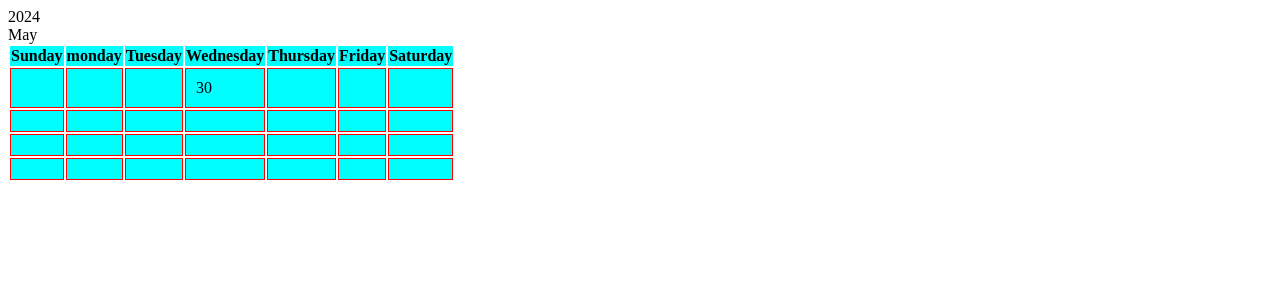
Repository: fateme81yosefi/calendar
Page: index.html
The author's editor kept a copy of each file at every save. The page is drawn from the files as they stood at one save, then again after a run of saves.
The browser window is 1280 px wide. The pictures show the whole page.

Above is the page before, as saved 2024-05-30 14:05:36.

After the next 2 saves:
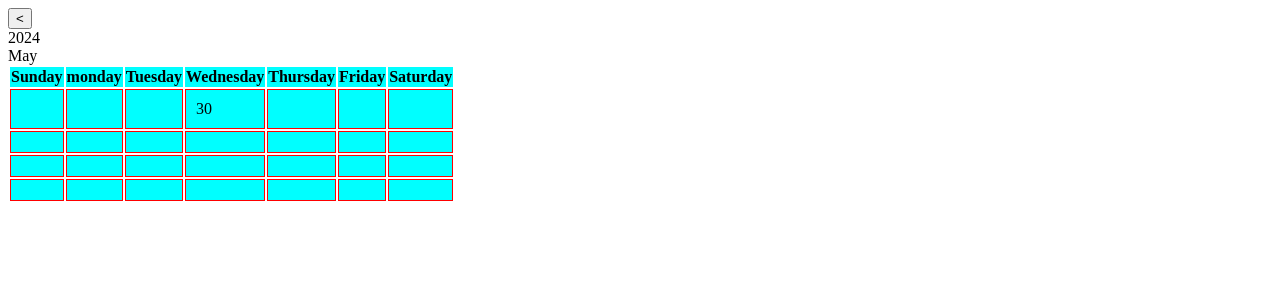
The 2 saves are shown as one change because they came seconds apart.
The last was saved 10 s later.
--- a/index.html
+++ b/index.html
@@ -11,10 +11,10 @@
 
 <body>
 
-  <div class="container-calendar">
+  <div class="container-calendar">  <button>
+    < </button>
     <div class="contain-year" id="year">
-      <button>
-        < </button>
+
 
           <button> > </button>
 
